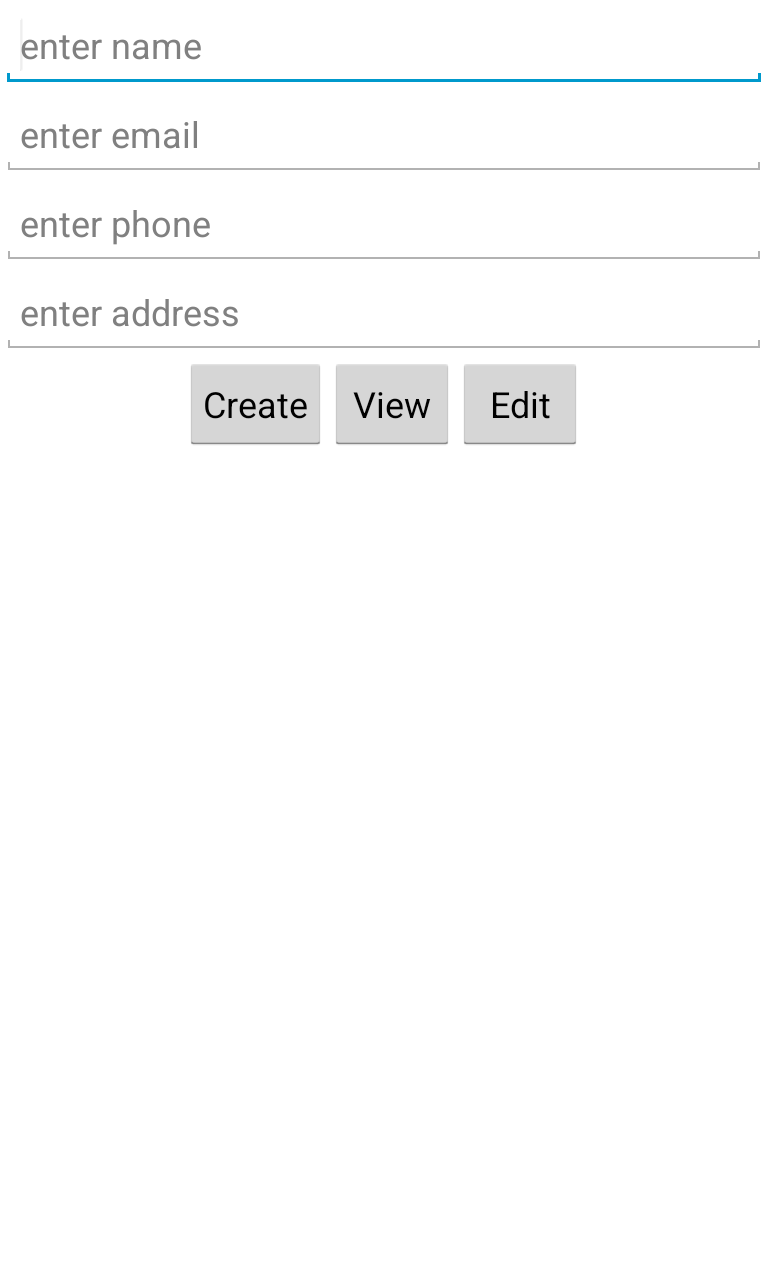
Repository: droidexample/some-practises-sample-example
Layout: VollayWebServiceDemo/res/layout/activity_update.xml
The author's editor kept a copy of each file at every save. The layout is drawn from the files as they stood at one save, then again after the next save.
It is drawn on a 768 x 1280 px phone screen (xhdpi) without system bars, with theme AppTheme; the app's code is not run.

Above is the layout before, as saved 2015-06-20 23:10:19.

### VollayWebServiceDemo/res/layout/activity_update.xml
<LinearLayout xmlns:android="http://schemas.android.com/apk/res/android"
    android:layout_width="fill_parent"
    android:layout_height="fill_parent"
    android:orientation="vertical" >

    <EditText
        android:id="@+id/etName"
        android:layout_width="match_parent"
        android:layout_height="wrap_content"
        android:ems="10"
        android:hint="enter name"
        android:inputType="textPersonName"
        android:padding="10dp" >

        <requestFocus />
    </EditText>

    <EditText
        android:id="@+id/etEmail"
        android:layout_width="match_parent"
        android:layout_height="wrap_content"
        android:ems="10"
        android:hint="enter email"
        android:inputType="textEmailAddress"
        android:padding="10dp" />

    <EditText
        android:id="@+id/etPhone"
        android:layout_width="match_parent"
        android:layout_height="wrap_content"
        android:ems="10"
        android:hint="enter phone"
        android:inputType="phone"
        android:padding="10dp" />

    <EditText
        android:id="@+id/etAddress"
        android:layout_width="match_parent"
        android:layout_height="wrap_content"
        android:ems="10"
        android:hint="enter address"
        android:inputType="textPersonName"
        android:padding="10dp" />

    <LinearLayout
        android:layout_width="match_parent"
        android:layout_height="wrap_content"
        android:gravity="center" >

        <Button
            android:id="@+id/btnCreate"
            android:layout_width="wrap_content"
            android:layout_height="wrap_content"
            android:onClick="create"
            android:padding="10dp"
            android:text="Create" />

        <Button
            android:id="@+id/btnShow"
            android:layout_width="wrap_content"
            android:layout_height="wrap_content"
            android:onClick="show"
            android:padding="10dp"
            android:text="View" />

        <Button
            android:id="@+id/btnUpdate"
            android:layout_width="wrap_content"
            android:layout_height="wrap_content"
            android:onClick="edit"
            android:padding="10dp"
            android:text="Edit" />
    </LinearLayout>

</LinearLayout>

Loaded but not shown: VollayWebServiceDemo/res/values/styles.xml (common file); VollayWebServiceDemo/res/values-v11/styles.xml (common file); VollayWebServiceDemo/res/values-v14/styles.xml (common file)

After the next save:
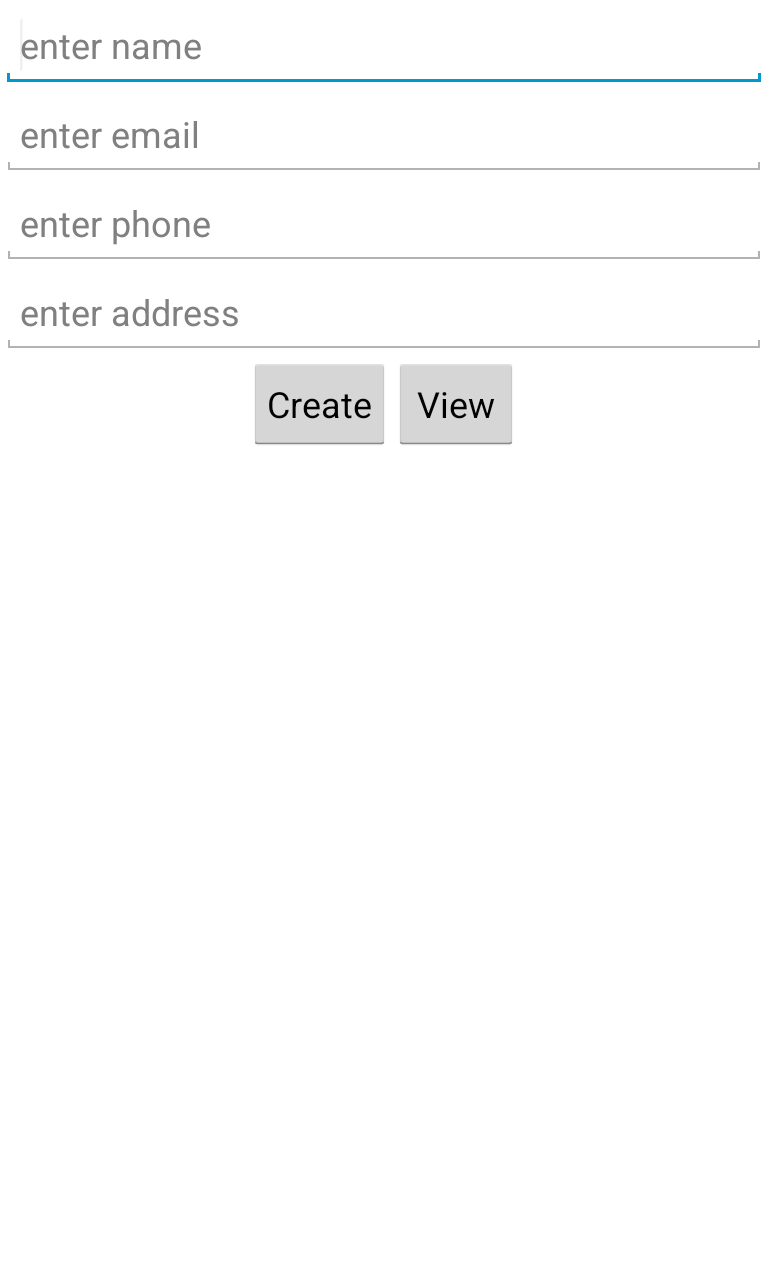
Saved 73 s later.
--- a/VollayWebServiceDemo/res/layout/activity_update.xml
+++ b/VollayWebServiceDemo/res/layout/activity_update.xml
@@ -4,7 +4,7 @@
     android:orientation="vertical" >
 
     <EditText
-        android:id="@+id/etName"
+        android:id="@+id/upName"
         android:layout_width="match_parent"
         android:layout_height="wrap_content"
         android:ems="10"
@@ -16,7 +16,7 @@
     </EditText>
 
     <EditText
-        android:id="@+id/etEmail"
+        android:id="@+id/upEmail"
         android:layout_width="match_parent"
         android:layout_height="wrap_content"
         android:ems="10"
@@ -25,7 +25,7 @@
         android:padding="10dp" />
 
     <EditText
-        android:id="@+id/etPhone"
+        android:id="@+id/upPhone"
         android:layout_width="match_parent"
         android:layout_height="wrap_content"
         android:ems="10"
@@ -34,7 +34,7 @@
         android:padding="10dp" />
 
     <EditText
-        android:id="@+id/etAddress"
+        android:id="@+id/upAddress"
         android:layout_width="match_parent"
         android:layout_height="wrap_content"
         android:ems="10"
@@ -48,7 +48,7 @@
         android:gravity="center" >
 
         <Button
-            android:id="@+id/btnCreate"
+            android:id="@+id/btnUpdate"
             android:layout_width="wrap_content"
             android:layout_height="wrap_content"
             android:onClick="create"
@@ -63,13 +63,7 @@
             android:padding="10dp"
             android:text="View" />
 
-        <Button
-            android:id="@+id/btnUpdate"
-            android:layout_width="wrap_content"
-            android:layout_height="wrap_content"
-            android:onClick="edit"
-            android:padding="10dp"
-            android:text="Edit" />
+
     </LinearLayout>
 
 </LinearLayout>
